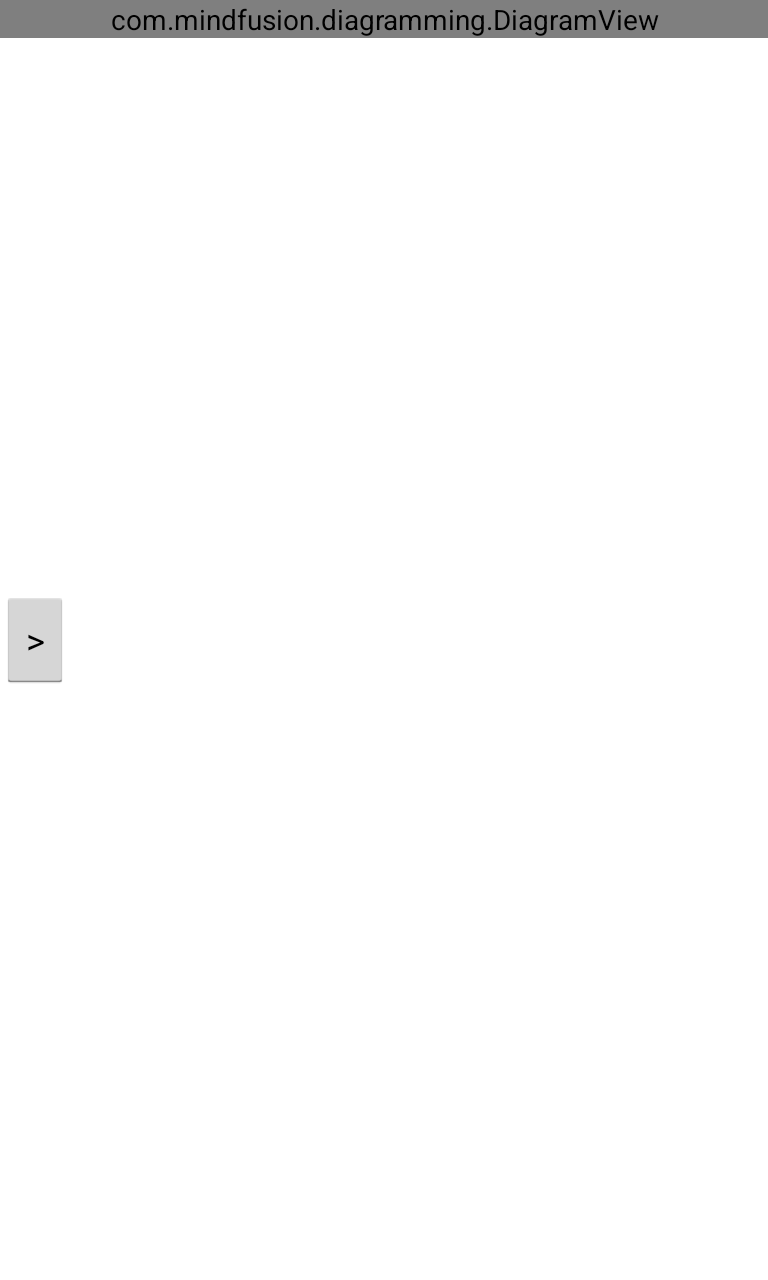
Repository: qfornaguera/AppQuelogy
Layout: AppQueology/res/layout/activity_main.xml
An editor plug-in stored every save of this project. The layout is shown before and after the next save, followed by the edit.
Pictures or frames that could not be fetched are drawn as grey boxes. It is drawn on a 768 x 1280 px phone screen (xhdpi) without system bars, with theme AppTheme; the app's code is not run.

Above is the layout before, as saved 2014-03-17 13:05:15.

After the next save:
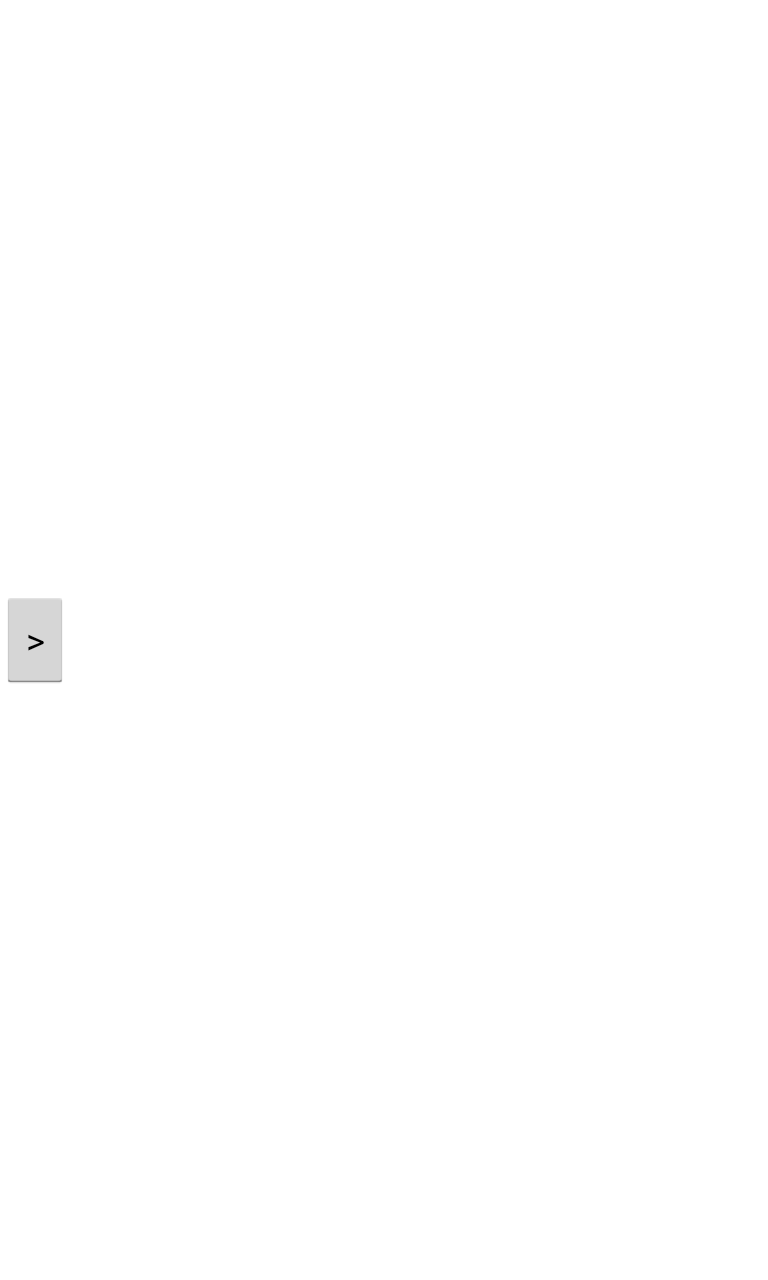
Saved 18 min 9 s later.
--- a/AppQueology/res/layout/activity_main.xml
+++ b/AppQueology/res/layout/activity_main.xml
@@ -5,11 +5,6 @@
     android:layout_height="match_parent"
     tools:context=".MainActivity" >
 
-
-    <com.mindfusion.diagramming.DiagramView
-        android:id="@+id/diag_view"
-        android:layout_width="fill_parent"
-        android:layout_height="wrap_content" />
 
     <SlidingDrawer
         android:id="@+id/slidingDrawer"
